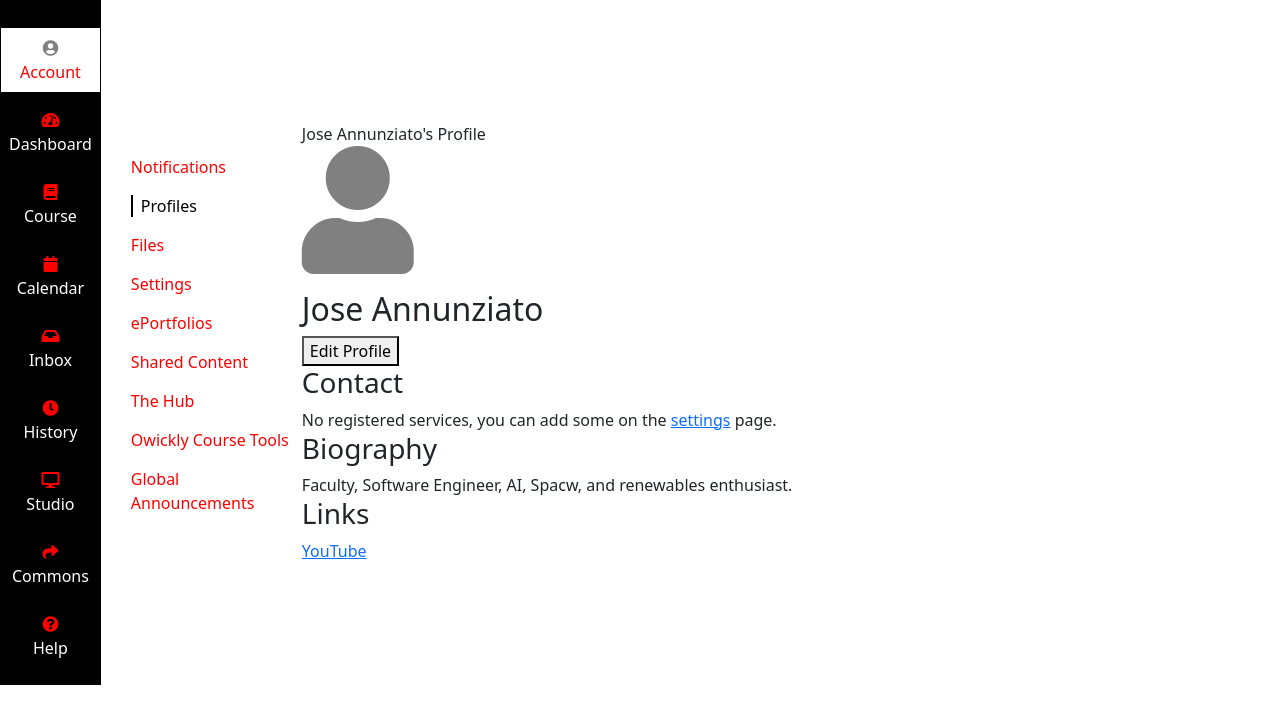
Repository: yuqiant/kanbas-react-web-app
Page: public/kanbas/profile/index.html
These files come from the project's save history. The page is drawn as it stood at one moment and after the next save; the edit follows.
The browser window is 1280 px wide. The pictures show the whole page.

Above is the page before, as saved 2023-10-04 02:22:54.

### public/kanbas/profile/index.html
<!DOCTYPE html>
<html lang="en">

<head>
    <meta charset="UTF-8">
    <meta name="viewport" content="width=device-width, initial-scale=1.0">
    <title>Column Interaction</title>
    <link rel="stylesheet" href="../../vendors/fontawesome/css/all.min.css">
    <link rel="stylesheet" href="../../vendors/bootstrap/css/bootstrap.min.css" />
    <link href="../firstcol.css" rel="stylesheet" />
    <link href="../secondcol.css" rel="stylesheet" />
    <!-- <link href="index.css" rel="stylesheet" /> -->


</head>

<body>
    <table>
        <tr>
            <td id="firstColumn">
                <ul>
                    <li class="active"><i class="fa fa-user-circle fa-inverse" style="color: grey;"></i><a
                            href="accountcol.html" style="color: red;">Account</a>
                    </li>
                    <li><i class="fas fa-tachometer-alt" style="color: red;"></i><a href="#">Dashboard</a></li>
                    <li><i class="fas fa-book" style="color: red;"></i><a href="coursecol.html">Course</a></li>
                    <li><i class="fas fa-calendar" style="color: red;""></i><a href=" #">Calendar</a></li>
                    <li><i class="fas fa-inbox" style="color: red;"></i><a href="#">Inbox</a></li>
                    <li><i class="fas fa-clock" style="color: red;"></i><a href="#">History</a></li>
                    <li><i class="fas fa-desktop" style="color: red;"></i><a href="#">Studio</a></li>
                    <li><i class="fas fa-share" style="color: red;"></i><a href="#">Commons</a></li>
                    <li><i class="fas fa-question-circle" style="color: red;"></i><a href="#">Help</a></li>
                </ul>
            </td>
            <td id="secondColumn">
                <ul>
                    <li><a href="#">Notifications</a></li>
                    <li class="active"><a href="profile/index.html">Profiles</a></li>
                    <li><a href="#">Files</a></li>
                    <li><a href="#">Settings</a></li>
                    <li><a href="#">ePortfolios</a></li>
                    <li><a href="#">Shared Content</a></li>
                    <li><a href="#">The Hub</a></li>
                    <li><a href="#">Owickly Course Tools</a></li>
                    <li><a href="#">Global Announcements</a></li>

                </ul>
            </td>
            <td id="thirdColumn">
                <div>Jose Annunziato's Profile</div>
                <ul><i class="fa fa-user fa-8x" aria-hidden="true" style="color: grey;"></i></ul>


                <h2>Jose Annunziato</h2>
                <form action="edit.html" method="get">
                    <button type="edit">Edit Profile</button>
                </form>

                <h3>Contact</h3>
                <div>No registered services, you can add some on the <a href="#">settings</a> page.</div>

                <h3>Biography</h3>
                <div>Faculty, Software Engineer, AI, Spacw, and renewables enthusiast.</div>

                <h3>Links</h3>
                <div><a href="#">YouTube</a></div>

            </td>

        </tr>
    </table>

</body>

</html>

### public/kanbas/firstcol.css
.active {
    background-color: white;
    color: red;
}





#firstColumn {
    width: 80px;
    /* Adjust sidebar width as needed (between 75 and 85 pixels) */
    background-color: black;
    color: white;
    text-align: center;
    padding-top: 20px;
    /* Adjust top padding as needed */
}

/* Sidebar links styling */
#firstColumn ul {
    list-style-type: none;
    padding: 0;
}

#firstColumn li {
    margin: 8px 0;
    /* Adjust margin between links as needed (between 5 and 10 pixels) */
    padding: 8px;
    /* Adjust padding around links as needed (between 5 and 10 pixels) */
}



#firstColumn a {
    color: white;
    text-decoration: none;
    display: block;
}

/* Styling for active link */

### public/kanbas/secondcol.css
#secondColumn {
    width: 200px;
    /* background-color: #f5f5f5; */
    /* Background color for the sidebar */
    padding: 10px;
    border-left: 25px
}




#secondColumn a {
    color: red;
    /* 设置链接文本颜色为红色 */
    text-decoration: none;
    /* 去掉超链接下划线 */

}


ul {
    list-style: none;
    padding: 0;
}

#secondColumn li {
    margin-bottom: 15px;
    padding-left: 20px;
}

#secondColumn li.active a {
    color: black;
    padding-left: 8px;

    /* 最小间距 */
    /* padding-right: 10px; */

    /* 最大间距 */
    border-left: 2px solid black;
}

Loaded but not shown: public/vendors/fontawesome/css/all.min.css (library); public/vendors/bootstrap/css/bootstrap.min.css (library)

After the next save:
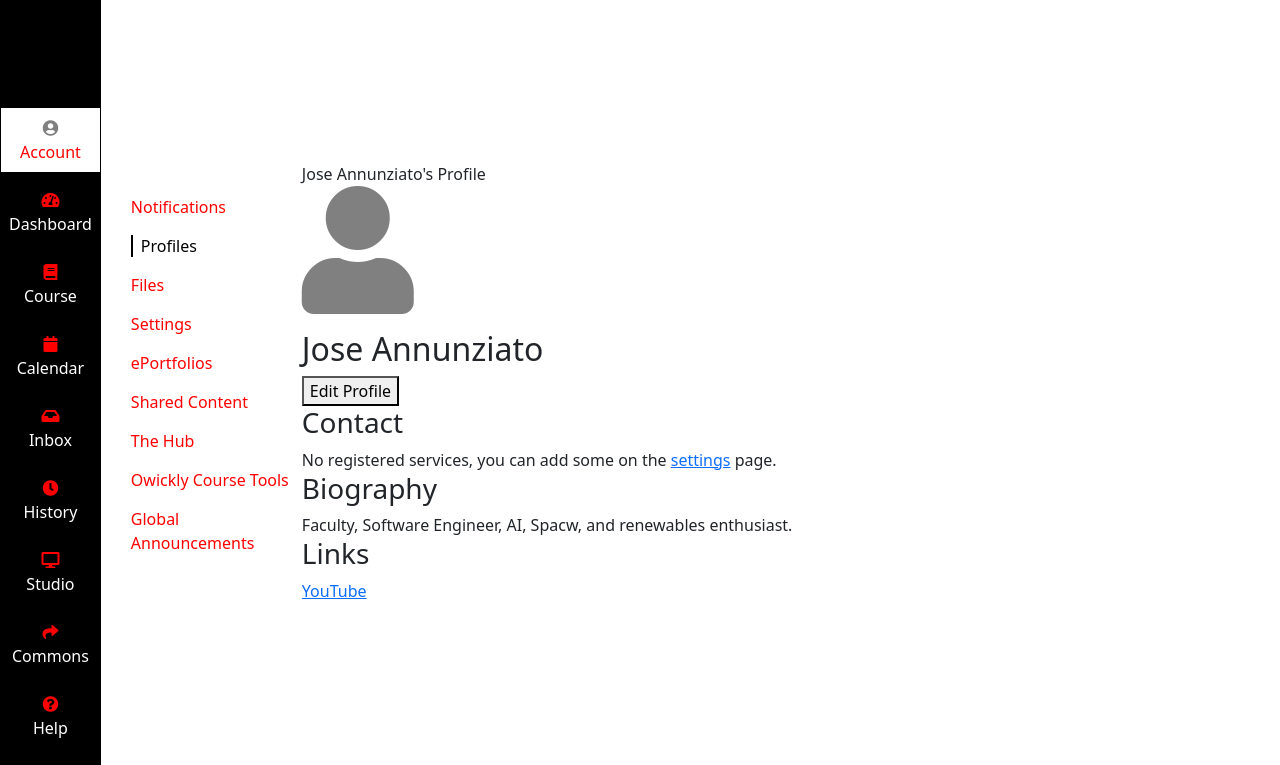
Saved 47 s later.
--- a/public/kanbas/firstcol.css
+++ b/public/kanbas/firstcol.css
@@ -13,7 +13,7 @@
     background-color: black;
     color: white;
     text-align: center;
-    padding-top: 20px;
+    padding-top: 100px;
     /* Adjust top padding as needed */
 }
 

After the save that followed:
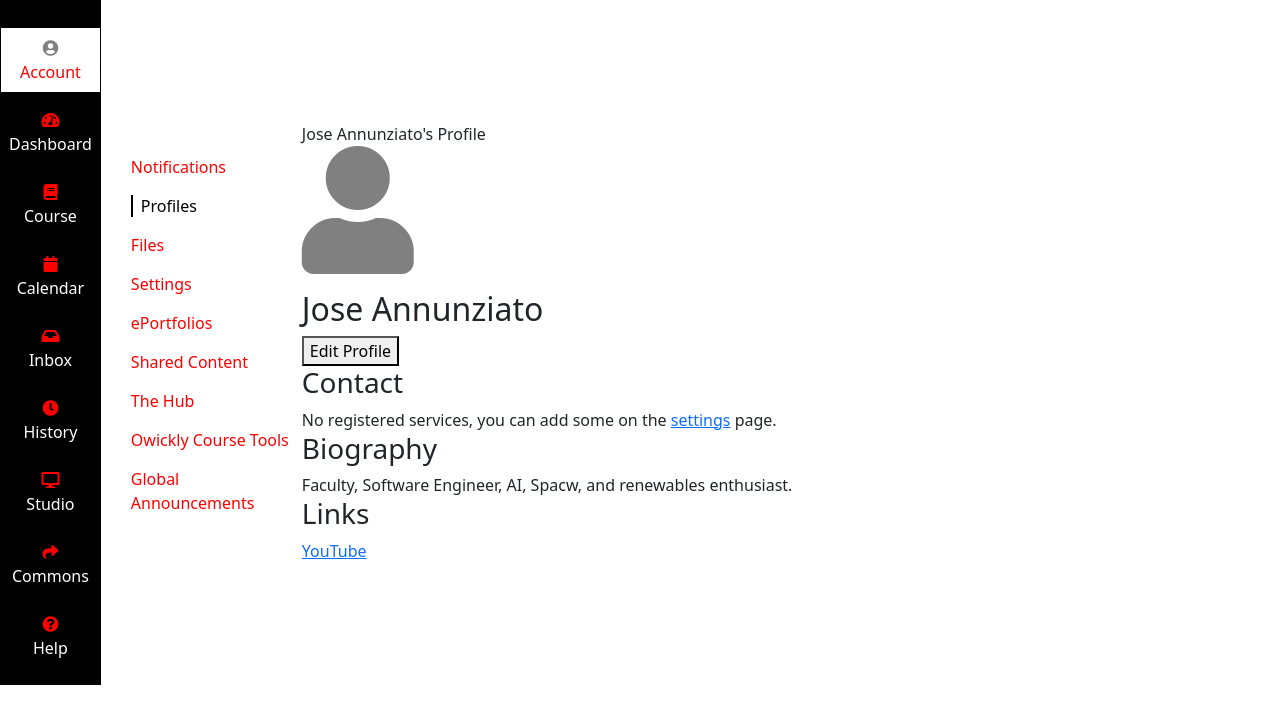
Saved 79 s later.
--- a/public/kanbas/firstcol.css
+++ b/public/kanbas/firstcol.css
@@ -13,7 +13,7 @@
     background-color: black;
     color: white;
     text-align: center;
-    padding-top: 100px;
+    padding-top: 20px;
     /* Adjust top padding as needed */
 }
 
